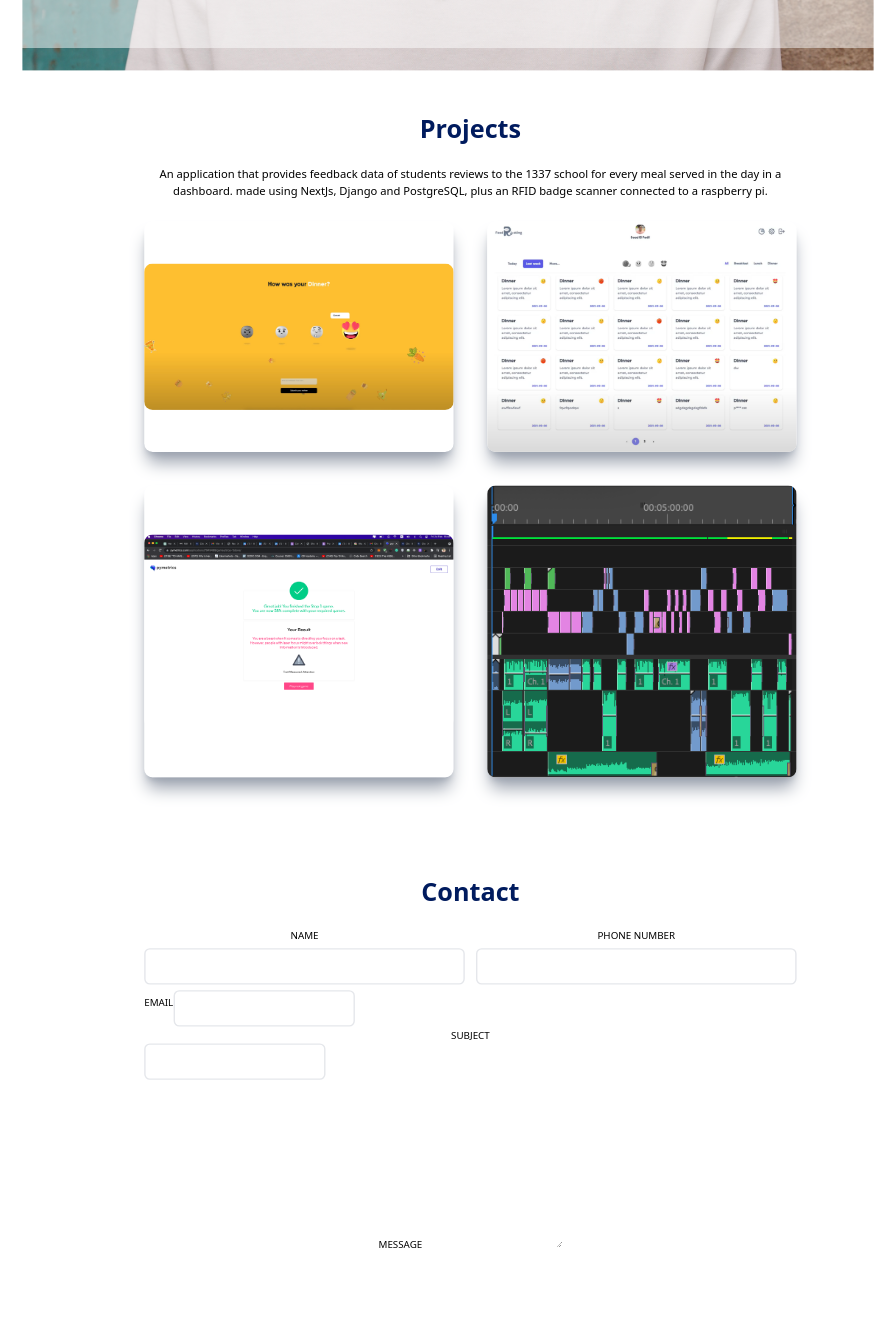
Repository: Saadelfadil/saadelfadil.github.io
Page: /
An editor plug-in stored every save of this project. The page is shown before and after a run of saves, followed by the edit.
The browser window is 1280 px wide. The pictures show the part of the page from y = 652 to 2572 px (the page is 2536 px tall before and 2572 px after), at 70% of full size.
The project was rebuilt for these pictures with package versions that can differ from the ones it lists, and the page was loaded fresh each time. Also part of the build but not shown: vite.config.js.

Above is the page before, as saved 2023-02-26 18:57:21.

### src/App.jsx
import './App.css'
import Sidenave from './components/Sidenave'
import Main from './components/Main'
import Projects from './components/Projects'
import Contact from './components/Contact'

function App() {

  return (
    <div>
      <Sidenave />
      <Main />
      <Projects />
      <Contact />
    </div>
  )
}

export default App

### src/components/Sidenave.jsx
import React, { useState } from "react";
import { AiOutlineHome, AiOutlineMail, AiOutlineMenu, AiOutlineProject } from "react-icons/ai"
import { GrProjects } from "react-icons/gr"
import { BsPerson } from "react-icons/bs"

const Sidenave = () => {
    const [nav, setNav] = useState(false)

    const handleNav = () => {
        setNav((prev) => prev = !nav);
    };

  return (
    <div>
        <AiOutlineMenu onClick={handleNav} className="absolute top-4 right-4 z-[100] md:hidden"/>
        {
            nav ? (
                <div className="fixed w-full h-screen bg-white/90 flex flex-col justify-center items-center z-20">
                    <a href="#main" className="w-[75%] flex justify-center rounded-full shadow-lg bg-gray-100 shadow-gray-400 m-2 p-4 cursor-pointer hover:scale-110 ease-in duration-200">
                        <AiOutlineHome size={20}/>
                        <span className="pl-4">Home</span>
                    </a>
                    <a href="#work" className="w-[75%] flex justify-center rounded-full shadow-lg bg-gray-100 shadow-gray-400 m-2 p-4 cursor-pointer hover:scale-110 ease-in duration-200">
                        <GrProjects size={20}/>
                        <span className="pl-4">Work</span>
                    </a>
                    <a href="#projects" className="w-[75%] flex justify-center rounded-full shadow-lg bg-gray-100 shadow-gray-400 m-2 p-4 cursor-pointer hover:scale-110 ease-in duration-200">
                        <AiOutlineProject size={20}/>
                        <span className="pl-4">Projects</span>
                    </a>
                    <a href="#main" className="w-[75%] flex justify-center rounded-full shadow-lg bg-gray-100 shadow-gray-400 m-2 p-4 cursor-pointer hover:scale-110 ease-in duration-200">
                        <BsPerson size={20}/>
                        <span className="pl-4">Resume</span>
                    </a>
                    <a href="#contact" className="w-[75%] flex justify-center rounded-full shadow-lg bg-gray-100 shadow-gray-400 m-2 p-4 cursor-pointer hover:scale-110 ease-in duration-200">
                        <AiOutlineMail size={20}/>
                        <span className="pl-4">Contact</span>
                    </a>
                </div>
            ) : ""
        }

        <div className="md:block hidden fixed top-[25%] z-10">
            <div className="flex flex-col">
                <a href="#main" className="rounded-full shadow-lg bg-gray-100 shadow-gray-400 m-2 p-4 cursor-pointer hover:scale-110 ease-in duration-300 ">
                    <AiOutlineHome />
                </a>
                <a href="#work" className="rounded-full shadow-lg bg-gray-100 shadow-gray-400 m-2 p-4 cursor-pointer hover:scale-110 ease-in duration-300 ">
                    <GrProjects />
                </a>
                <a href="#projects" className="rounded-full shadow-lg bg-gray-100 shadow-gray-400 m-2 p-4 cursor-pointer hover:scale-110 ease-in duration-300 ">
                    <AiOutlineProject />
                </a>
                <a href="#main" className="rounded-full shadow-lg bg-gray-100 shadow-gray-400 m-2 p-4 cursor-pointer hover:scale-110 ease-in duration-300 ">
                    <BsPerson />
                </a>
                <a href="#contact" className="rounded-full shadow-lg bg-gray-100 shadow-gray-400 m-2 p-4 cursor-pointer hover:scale-110 ease-in duration-300 ">
                    <AiOutlineMail />
                </a>
            </div>
        </div>
    </div>
  )
};

export default Sidenave;

### src/components/Main.jsx
import React from "react";
import { TypeAnimation } from "react-type-animation"
import { FaGithub, FaInstagram, FaLinkedin } from "react-icons/fa"

const Main = () => {
  return (
    <div id="main">
        <img className="w-full h-screen object-cover object-right " src="/src/assets/saadelfadil.jpg" alt="saadelfadil" />
        <div className="w-full h-screen absolute top-0 left-0 bg-white/50 ">
            <div className="max-w-[700px] m-auto h-full w-full flex flex-col justify-center lg:items-start items-center ">
                <h1 className="sm:text-5xl text-4xl font-bold text-gray-800">I'm Saad El fadil</h1>
                <h2 className="flex sm:text-3xl text-2xl pt-4 text-gray-800">I'm a
                    <TypeAnimation
                        sequence={[
                            'Software Engineer', // Types 'One'
                            1000, // Waits 1s
                            'Videomaker', // Deletes 'One' and types 'Two'
                            2000, // Waits 2s
                        ]}
                        wrapper="div"
                        cursor={true}
                        repeat={Infinity}
                        style={{ fontSize: '1em', paddingLeft: "5px" }}
                    />
                </h2>
                <div className="flex justify-between pt-6 max-w-[150px] w-full">
                        <FaInstagram size={20} className="cursor-pointer"/>
                        <FaLinkedin size={20} className="cursor-pointer"/>
                        <FaGithub size={20} className="cursor-pointer"/>
                </div>
            </div>
        </div>
    </div>
  )
};

export default Main;

### src/components/Projects.jsx
import React from "react";
import ProjectItem from "./ProjectItem";
import img from "../assets/1337_foodback.png";
import img2 from "../assets/1337_foodback_2.png";
import img3 from "../assets/1337_foodback_3.png";
import img4 from "../assets/1337_foodback_4.png";


const Projects = () => {
  return (
    <div id="projects" className="max-w-[1028px] m-auto md:pl-20 p-4 py-16">
        <h1 className="text-4xl font-bold text-center text-[#001b5e] ">Projects</h1>
        <p className="text-center py-8">
            An application that provides feedback data of students reviews to the 1337 school for every meal served in the day in a dashboard. made using NextJs, Django and PostgreSQL, plus an RFID badge scanner connected to a raspberry pi.
        </p>
        <div className="grid sm:grid-cols-2 gap-12">
            <ProjectItem img={img} title="1337 FoodBack"/>
            <ProjectItem img={img2} title="App 2"/>
            <ProjectItem img={img3} title="App 3"/>
            <ProjectItem img={img4} title="App 4"/>
        </div>
    </div>
  )
};

export default Projects;

### src/components/Contact.jsx
import React from "react";

const Contact = () => {
  return (
    <div id="contact" className="max-w-[1028px] m-auto md:pl-20 p-4 py-16">
        <h1 className="py-4 text-4xl font-bold text-center text-[#001b5e]">
            Contact
        </h1>
        <form action="" method="POST" encType="multipart/form-data" >
            <div className="grid md:grid-cols-2 gap-4 w-full py-2">
                <div className="flex flex-col">
                    <label className="uppercase text-sm py-2" htmlFor="">Name</label>
                    <input className="border-2 rounded-lg p-3 flex border-gray-200 " type="text" name="name" />
                </div>
                <div className="flex flex-col">
                    <label className="uppercase text-sm py-2" htmlFor="">Phone Number</label>
                    <input className="border-2 rounded-lg p-3 flex border-gray-200 " type="text" name="phone" />
                </div>
            </div>
            <div className="flex">
                <label className="uppercase text-sm py-2" htmlFor="">Email</label>
                <input className="border-2 rounded-lg p-3 flex border-gray-200 " type="email" name="email"/>
            </div>
            <div>
                <label className="uppercase text-sm py-2" htmlFor="">Subject</label>
                <input className="border-2 rounded-lg p-3 flex border-gray-200 " type="text" name="subject"/>
            </div>
            <div>
                <label className="uppercase text-sm py-2" htmlFor="">Message</label>
                <textarea rows='10' name="message"></textarea>
            </div>

        </form>
    </div>
  )
};

export default Contact;

### src/components/ProjectItem.jsx
import React from "react";

const ProjectItem = ({img, title}) => {
  return (
    <div className="relative flex items-center justify-center w-full h-auto shadow-xl shadow-gray-400 rounded-xl group hover:bg-gradient-to-r from-gray-200 to-[#001b5e]">
        <img src={img} alt="/" className="rounded-xl group-hover:opacity-10" />
        <div className="hidden group-hover:block absolute top-[50%] left-[50%] translate-x-[-50%] translate-y-[-50%] ">
            <h3 className="text-xl font-bold text-white  text-center">
                {title}
            </h3>
            <p className="pb-4 pt-2 text-white text-center">React Js</p>
            <a href="/">
                <p className="text-center p-2 rounded-lg bg-white text-gray-700 font-bold cursor-pointer text-sm">More Info</p>
            </a>
        </div>
    </div>
  )
};

export default ProjectItem;

Loaded but not shown: index.html (common file); src/main.jsx (common file); src/index.css (common file); src/App.css (common file); tailwind.config.cjs (common file)

After the next 2 saves:
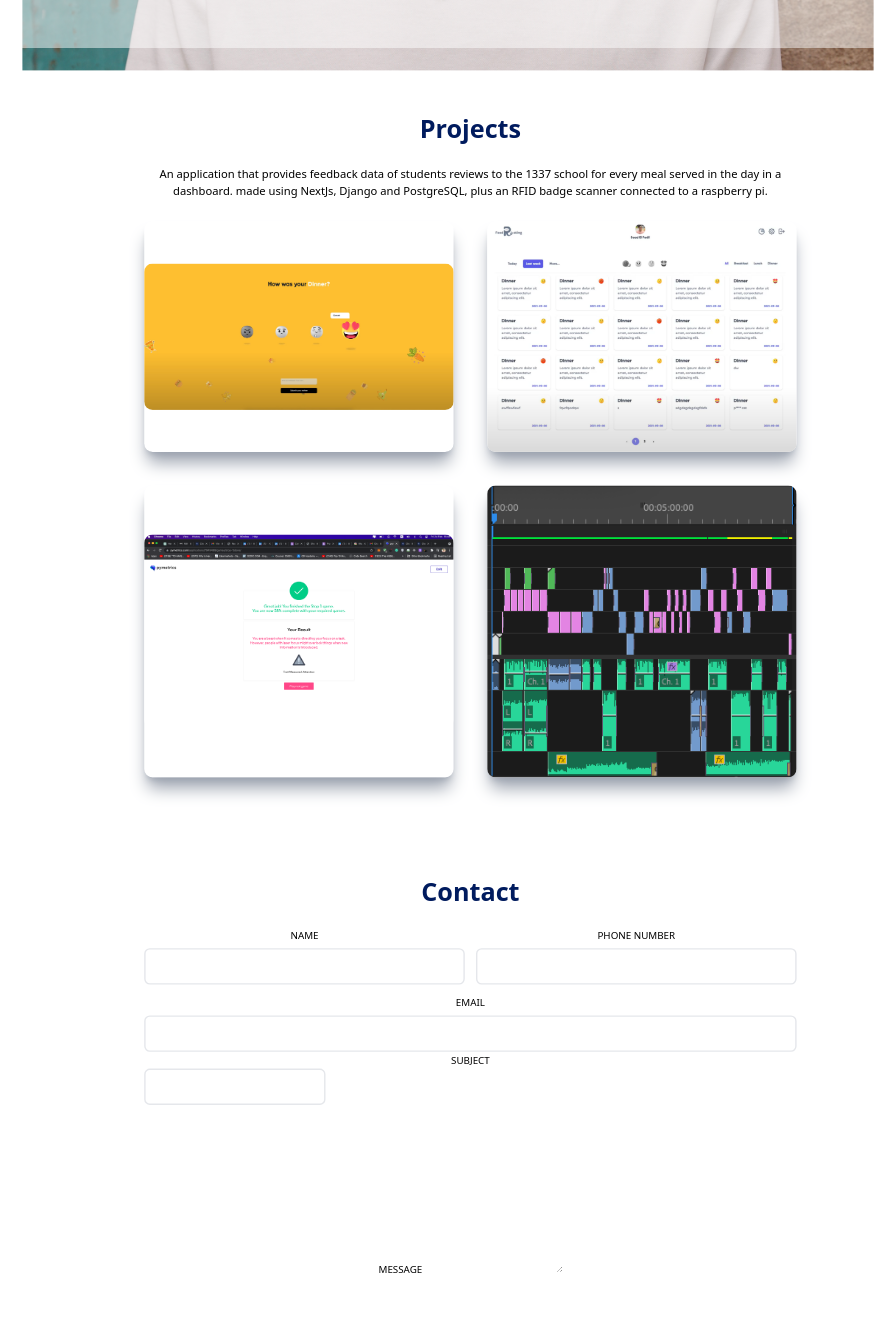
The 2 saves are shown as one change because they came seconds apart.
The last was saved 8 s later.
--- a/src/components/Contact.jsx
+++ b/src/components/Contact.jsx
@@ -17,7 +17,7 @@ const Contact = () => {
                     <input className="border-2 rounded-lg p-3 flex border-gray-200 " type="text" name="phone" />
                 </div>
             </div>
-            <div className="flex">
+            <div className="flex flex-col">
                 <label className="uppercase text-sm py-2" htmlFor="">Email</label>
                 <input className="border-2 rounded-lg p-3 flex border-gray-200 " type="email" name="email"/>
             </div>
